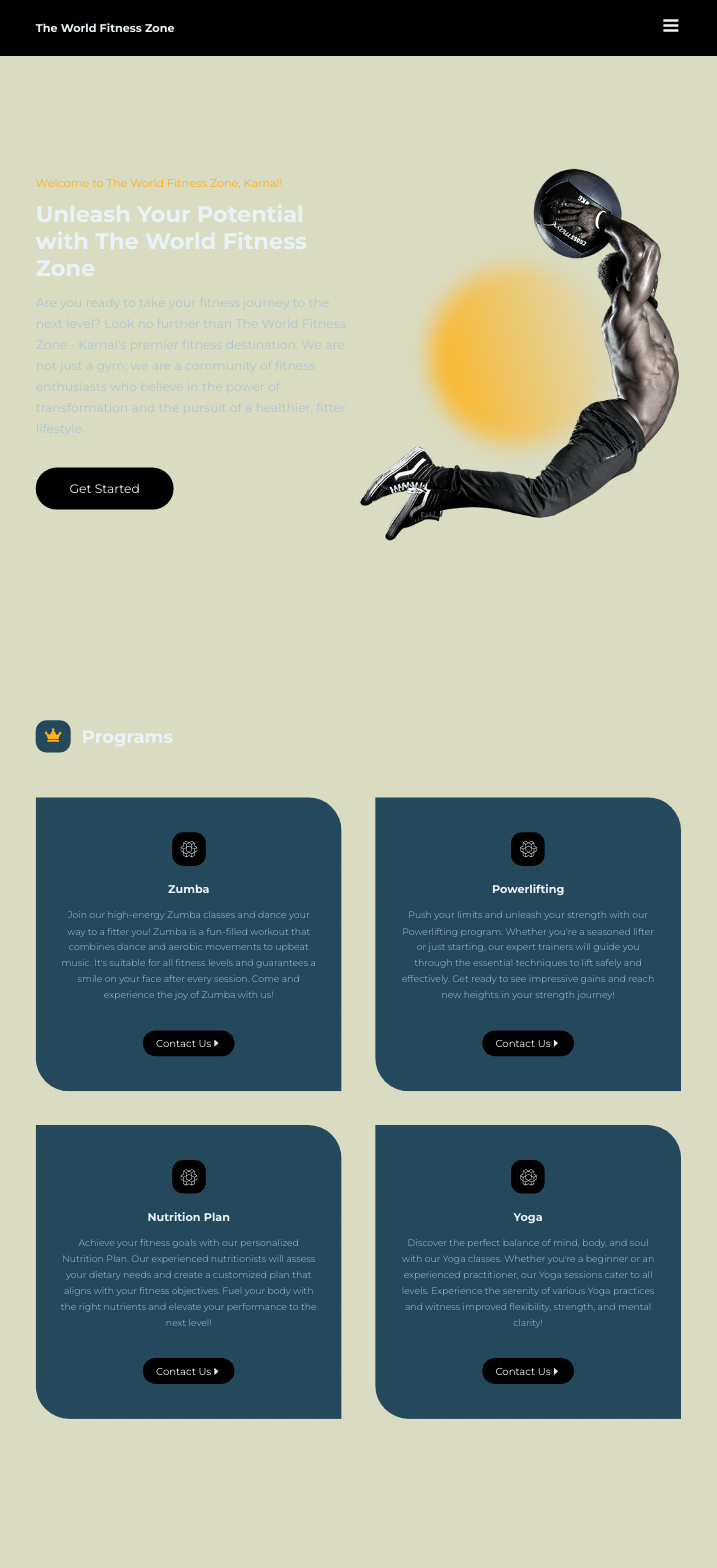
Repository: aryaMode/gym-portfolio
Page: /
The author's editor kept a copy of each file at every save. The page is drawn from the files as they stood at one save, then again after a run of saves.
The browser window is 1024 px wide. The pictures show the part of the page from y = 0 to 2240 px (the page is 4725 px tall before and 4719 px after), at 70% of full size.
The project was rebuilt for these pictures with package versions that can differ from the ones it lists, and the page was loaded fresh each time. Also part of the build but not shown: src/components/Testimonial.jsx, src/pages/about/about.css, src/components/Header.jsx, src/pages/about/About.jsx, src/pages/contact/contact.css, src/pages/contact/Contact.jsx, src/pages/gallery/gallery.css, src/pages/gallery/Gallery.jsx and 7 more.

Above is the page before, as saved 2023-07-20 18:44:03.

After the next 2 saves:
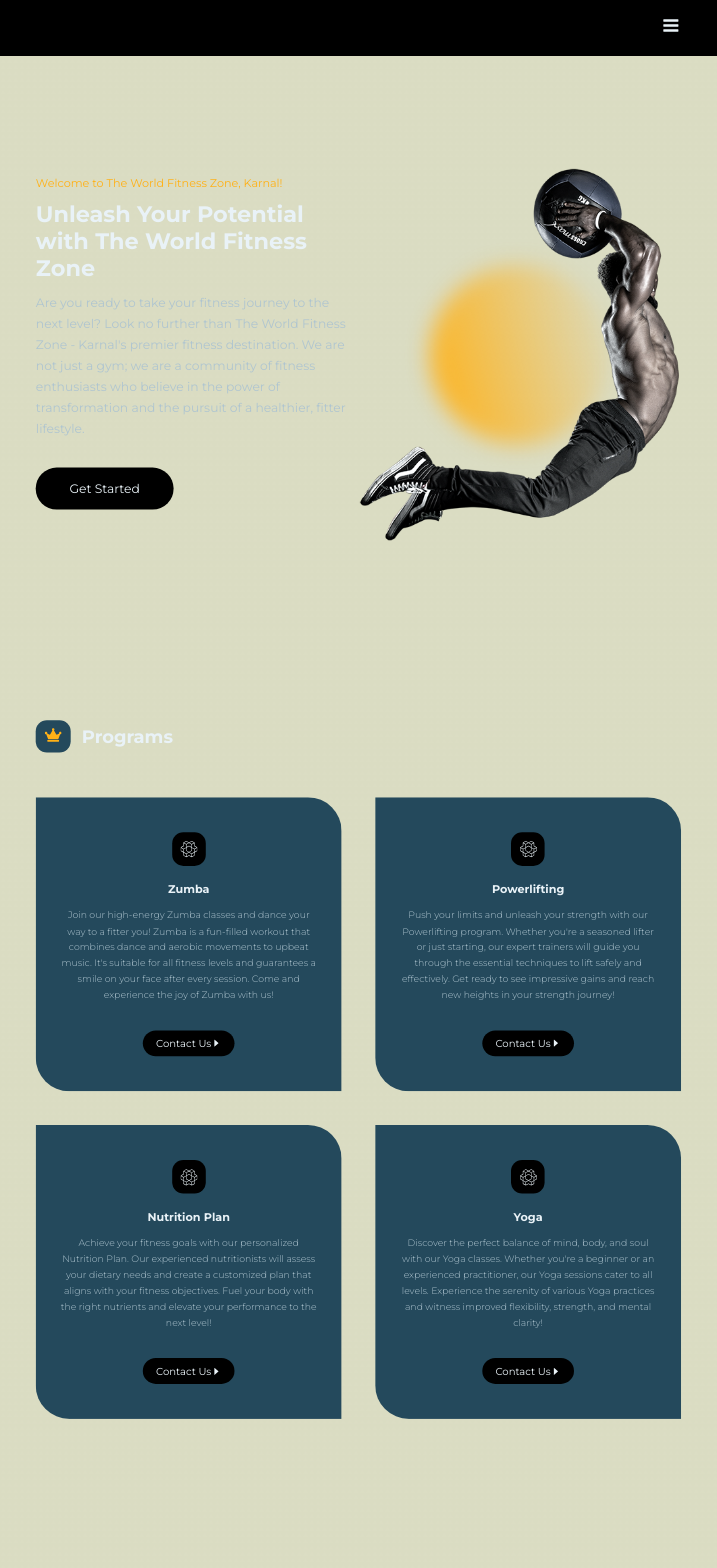
The 2 saves are shown as one change because they came seconds apart.
The last was saved 23 s later.
--- a/src/components/navbar.css
+++ b/src/components/navbar.css
@@ -17,7 +17,6 @@ nav{
 
 .nav__container {
     height: 100%;
-
     display: flex;
     justify-content: space-between;
     align-items: center;
@@ -26,7 +25,7 @@ nav{
 
 .logo{
     width: 50vw;
-    font-size: 1rem;
+    font-size: 0rem;
     font-weight: bold;
     margin-right: 50px;
     display: flex;
@@ -145,8 +144,4 @@ nav{
         display: none;
     }
 
-    .logo{
-        text-align: start !important;
-    }
-
  }
